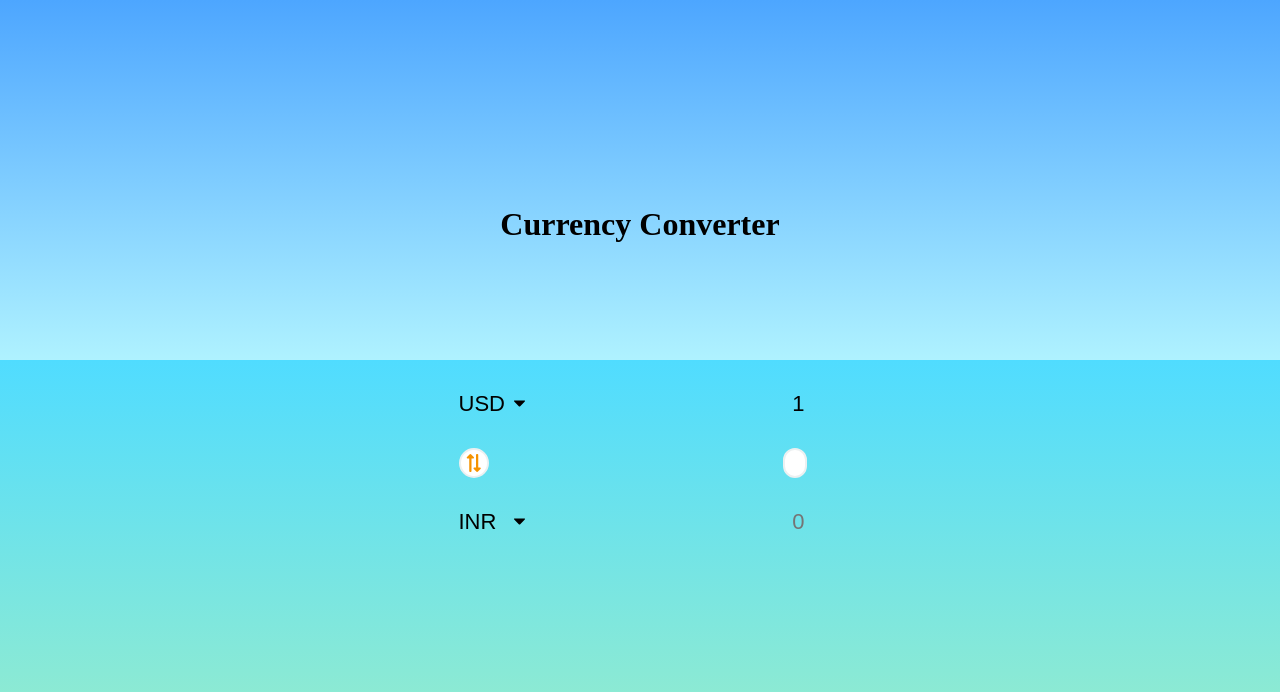
Repository: Sp4ngl3r/Currency-Converter
Page: currency.html
These files come from the project's save history. The page is drawn as it stood at one moment and after the next save; the edit follows.
The browser window is 1280 px wide. The pictures show the whole page.
The page's requests for data from a server got no answer. Some web fonts or font styles are not loaded; a fallback is used. Some web libraries are served in a nearby version.

Above is the page before, as saved 2020-04-18 18:34:17.
Console error: TypeError: Cannot read properties of null (reading 'addEventListener')

After the next save:
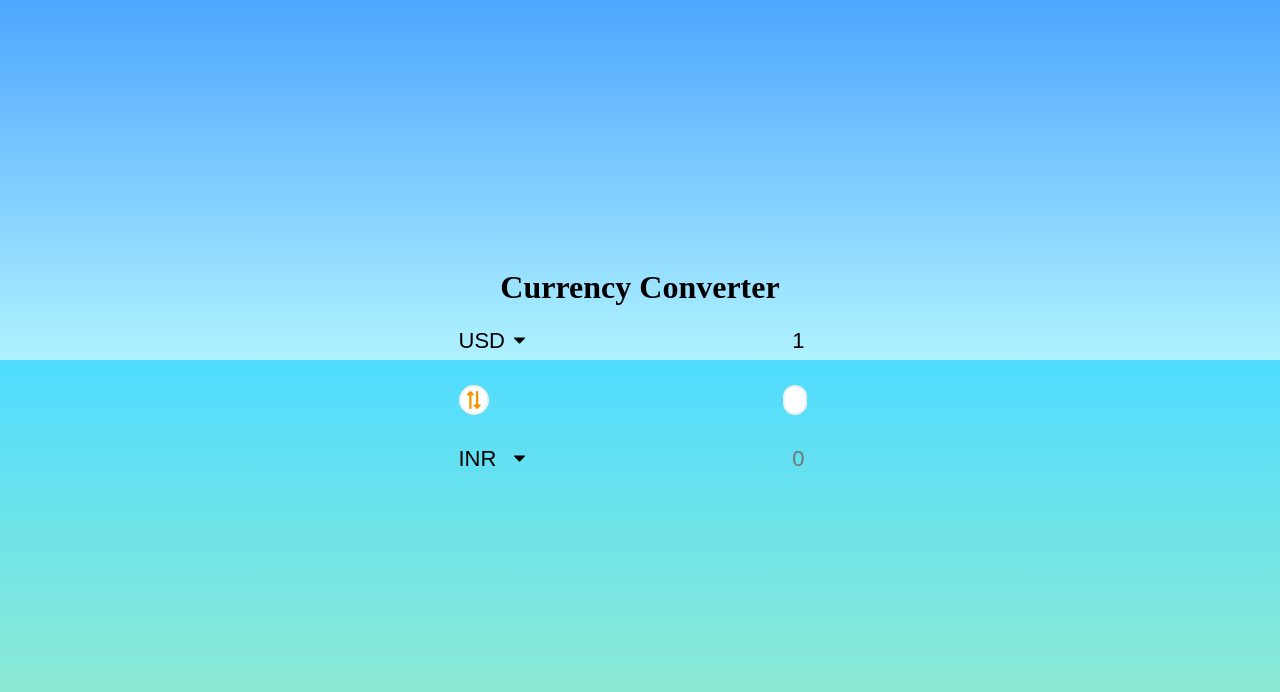
The error is gone.
Saved 22 s later.
--- a/currency.html
+++ b/currency.html
@@ -12,9 +12,6 @@
     <div>
       <h1>Currency Converter</h1>
     </div>
-    <br />
-    <br /><br /><br /><br /><br /><br />
-
     <div class="container">
       <div class="currency">
         <select id="from_currency">
@@ -71,7 +68,7 @@
           <option value="VND">VND</option>
           <option value="ZAR">ZAR</option>
         </select>
-        <input type="number" id="from_ammount" placeholder="0" value="1" />
+        <input type="number" id="from_amount" placeholder="0" value="1" />
       </div>
       <div class="middle">
         <button id="exchange">
